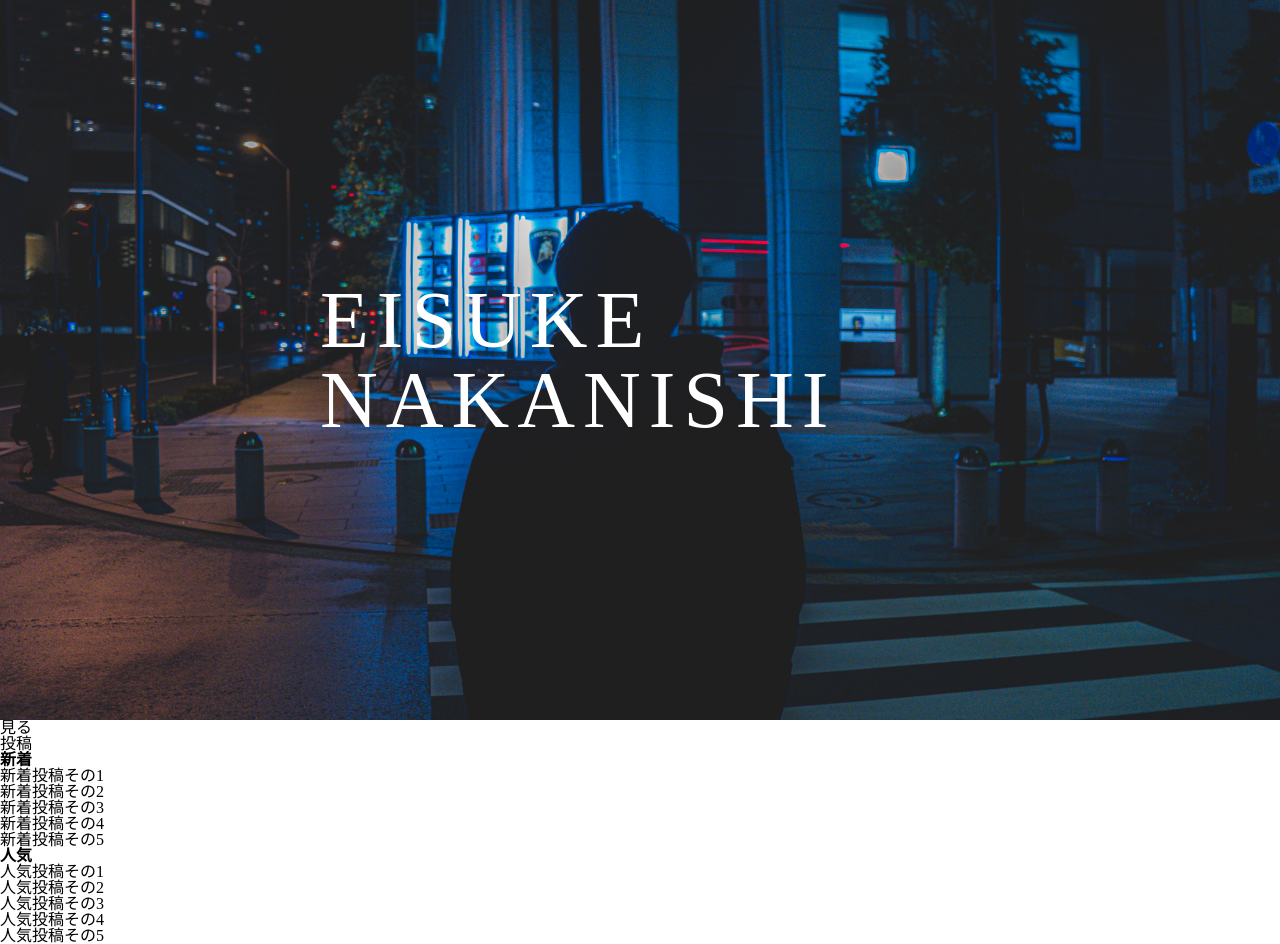
Repository: KustomApe/LandorusInc
Page: index.html
These files come from the project's save history. The page is drawn as it stood at one moment and after the next save; the edit follows.
The browser window is 1280 px wide. The pictures show the whole page.

Above is the page before, as saved 2021-07-24 13:00:38.

### index.html
<!DOCTYPE html>
<html lang="ja">
<head>
    <meta charset="UTF-8">
    <meta http-equiv="X-UA-Compatible" content="IE=edge">
    <meta name="viewport" content="width=device-width, initial-scale=1.0">
    <title>掲示板</title>
    <link rel="stylesheet" href="./assets/css/html5doctor.css">
    <link rel="stylesheet" href="./assets/css/style.css">
</head>
<body>
<div id="wrap">
    <div id="main_img">
        <h1>EISUKE NAKANISHI</h1>
    </div>
    <div class="contents">
        <ul>
            <li>見る</li>
            <li>投稿</li>
        </ul>
        <h2>新着</h2>
        <ul>
            <li>新着投稿その1</li>
            <li>新着投稿その2</li>
            <li>新着投稿その3</li>
            <li>新着投稿その4</li>
            <li>新着投稿その5</li>
        </ul>
        <h2>人気</h2>
        <ul>
            <li>人気投稿その1</li>
            <li>人気投稿その2</li>
            <li>人気投稿その3</li>
            <li>人気投稿その4</li>
            <li>人気投稿その5</li>
        </ul>
    </div>
</div>
</body>
</html>

### assets/css/html5doctor.css
html, body, div, span, object, iframe,
h1, h2, h3, h4, h5, h6, p, blockquote, pre,
abbr, address, cite, code,
del, dfn, em, img, ins, kbd, q, samp,
small, strong, sub, sup, var,
b, i,
dl, dt, dd, ol, ul, li,
fieldset, form, label, legend,
table, caption, tbody, tfoot, thead, tr, th, td,
article, aside, canvas, details, figcaption, figure,
footer, header, hgroup, menu, nav, section, summary,
time, mark, audio, video {
    margin:0;
    padding:0;
    border:0;
    outline:0;
    font-size:100%;
    vertical-align:baseline;
    background:transparent;
}

body {
    line-height:1;
}

article,aside,details,figcaption,figure,
footer,header,hgroup,menu,nav,section {
    display:block;
}

nav ul {
    list-style:none;
}

blockquote, q {
    quotes:none;
}

blockquote:before, blockquote:after,
q:before, q:after {
    content:'';
    content:none;
}

a {
    margin:0;
    padding:0;
    font-size:100%;
    vertical-align:baseline;
    background:transparent;
}

/* change colours to suit your needs */
ins {
    background-color:#ff9;
    color:#000;
    text-decoration:none;
}

/* change colours to suit your needs */
mark {
    background-color:#ff9;
    color:#000;
    font-style:italic;
    font-weight:bold;
}

del {
    text-decoration: line-through;
}

abbr[title], dfn[title] {
    border-bottom:1px dotted;
    cursor:help;
}

table {
    border-collapse:collapse;
    border-spacing:0;
}

/* change border colour to suit your needs */
hr {
    display:block;
    height:1px;
    border:0;
    border-top:1px solid #cccccc;
    margin:1em 0;
    padding:0;
}

input, select {
    vertical-align:middle;
}

### assets/css/style.css
@charset "utf-8";

body {
    width: 100%;
    max-width: 1920px;
}

div#main_img {
    position: relative;
    display: block;
    width: 100%;
    height: 100vh;
    background: url('../img/main.jpg');
    background-size: cover;
}

div#main_img h1 {
    position: absolute;
    top: 50%;
    left: 50%;
    transform: translate(-50%, -50%);
    -webkit-transform: translate(-50%, -50%);
    -ms-transform: translate(-50%, -50%);
    color: #fff;
    font-size: 5rem;
    font-weight: lighter;
    letter-spacing: 0.5rem;
}

After the next save:
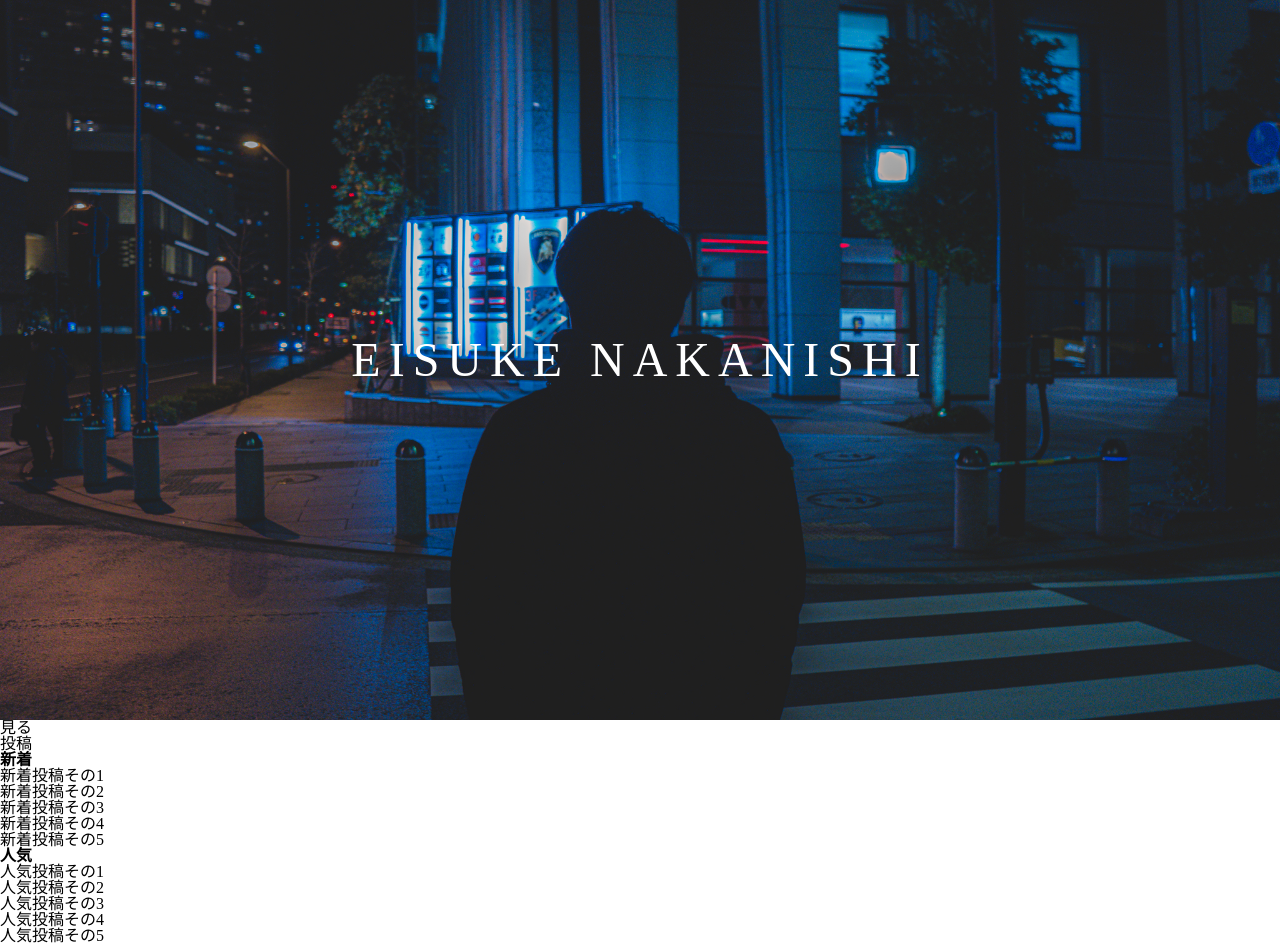
Saved 14 s later.
--- a/assets/css/style.css
+++ b/assets/css/style.css
@@ -22,7 +22,7 @@ div#main_img h1 {
     -webkit-transform: translate(-50%, -50%);
     -ms-transform: translate(-50%, -50%);
     color: #fff;
-    font-size: 5rem;
+    font-size: 3rem;
     font-weight: lighter;
     letter-spacing: 0.5rem;
 }
